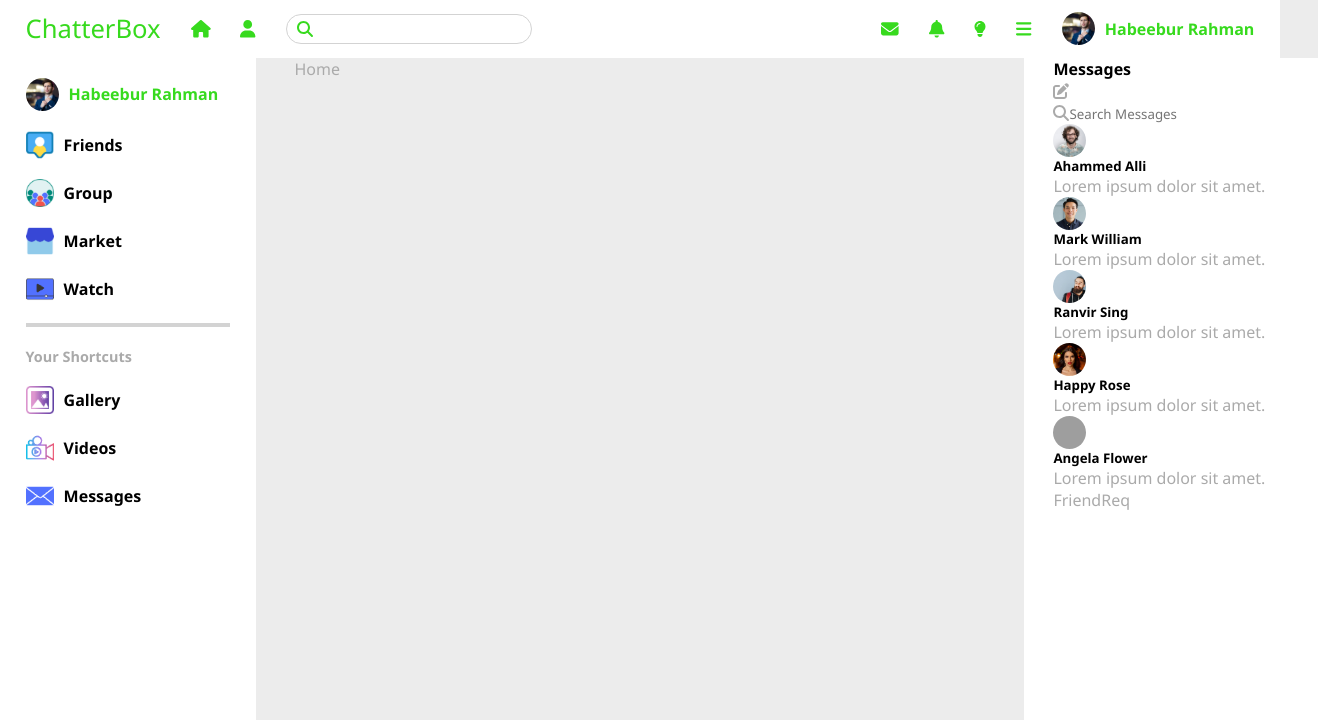
Repository: Habeebur1493/social-media-app
Page: /
An editor plug-in stored every save of this project. The page is shown before and after the next save, followed by the edit.
The browser window is 1280 px wide. The page is 1318 px wide, so the pictures cover 1318 px, including what lies to the right of the window. The pictures show the whole page.
Pictures or frames that could not be fetched are drawn as grey boxes. The project was rebuilt for these pictures with package versions that can differ from the ones it lists, and the page was loaded fresh each time. Also part of the build but not shown: vite.config.js, src/pages/login/login.css, src/pages/login/Login.jsx, src/pages/signup/signup.css, src/pages/signup/Signup.jsx, src/pages/profile/Profile.jsx, src/pages/chatbox/Chatbox.jsx.

Above is the page before, as saved 2025-01-29 11:32:46.

After the next save:
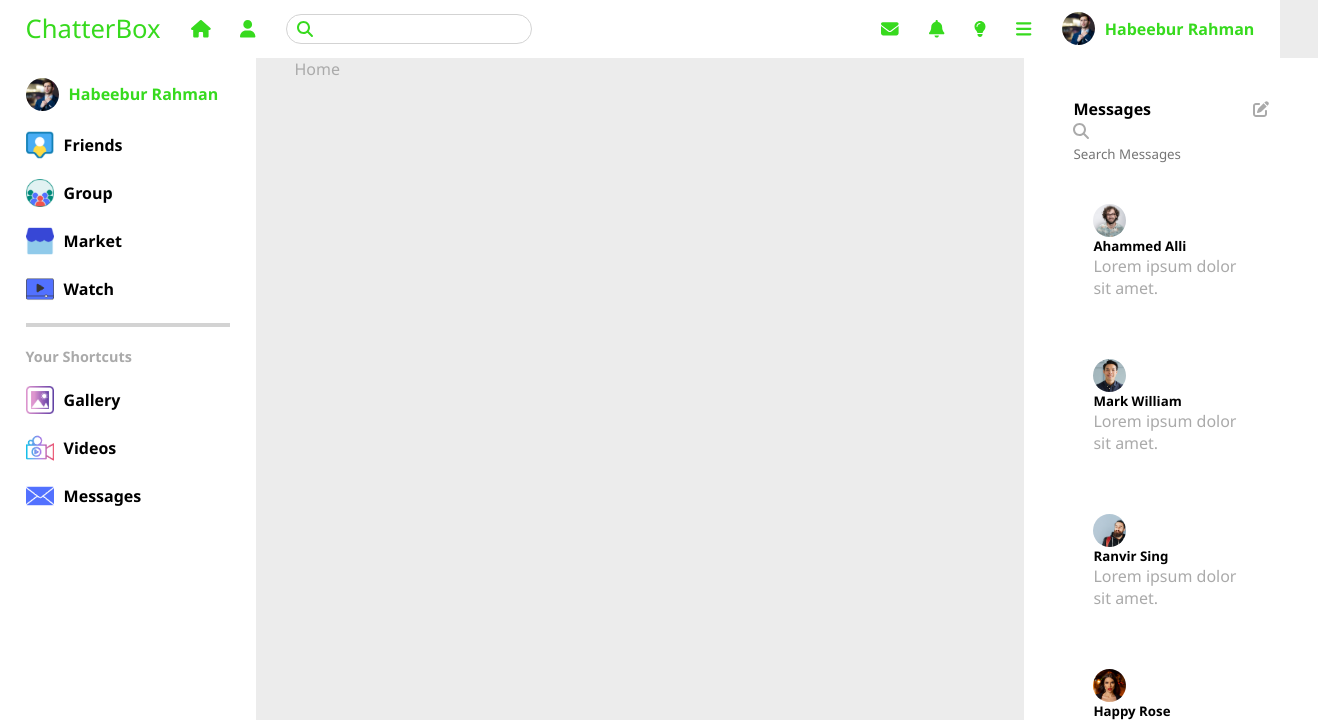
Saved 44 s later.
--- a/src/components/message/message.css
+++ b/src/components/message/message.css
@@ -1,3 +1,12 @@
 .message{
-    background: var;
+    background: var(--color-card);
+    margin: 20px 0;
+    border-radius: 1rem;
+    padding: 20px;
 }
+
+.message-top{
+    display: flex;
+    align-items: center;
+    justify-content: space-between;
+}
